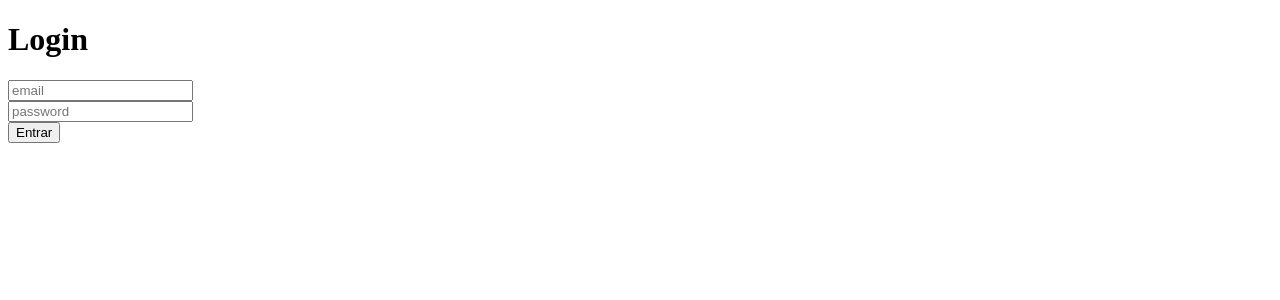
Repository: anagut/java-web
Page: http://localhost/HelloLogin/login
An editor plug-in stored every save of this project. The page is shown before and after the next save, followed by the edit.
The browser window is 1280 px wide. The pictures show the whole page.
The page is served by Tomcat 9. Other server files are loaded and not shown.

Above is the page before, as saved 2018-11-14 10:09:46.

### HelloLogin/WebContent/login.jsp
<%@ page language="java" contentType="text/html; charset=UTF-8"
    pageEncoding="UTF-8"%>
<!DOCTYPE html>
<html>
<head>
<meta charset="UTF-8">
<title>Login</title>
</head>
<body>
	<h1>Login</h1>
	<div class="error">${error}</div>
	<form action="" method="POST">
	<div>
		<input type="text" placeholder="email" name="email" id="email" required/>
	</div>
	<div>
		<input type="password" placeholder="password" name="password" id="password" required />
	</div>
	<div><button>Entrar</button></div>

	</form>
</body>
</html>

### HelloLogin/src/com/ana/controllers/LoginServlet.java
package com.ana.controllers;

import java.io.IOException;
import javax.servlet.ServletException;
import javax.servlet.annotation.WebServlet;
import javax.servlet.http.HttpServlet;
import javax.servlet.http.HttpServletRequest;
import javax.servlet.http.HttpServletResponse;

/**
 * Servlet implementation class LoginServlet
 */
@WebServlet("/login")
public class LoginServlet extends HttpServlet {
	private static final long serialVersionUID = 1L;

    /**
     * @see HttpServlet#HttpServlet()
     */
    public LoginServlet() {
        super();
        // TODO Auto-generated constructor stub
    }

	/**
	 * @see HttpServlet#doGet(HttpServletRequest request, HttpServletResponse response)
	 */
	protected void doGet(HttpServletRequest request, HttpServletResponse response) throws ServletException, IOException {

		request.getRequestDispatcher("./login.jsp").forward(request, response);
	}

	/**
	 * @see HttpServlet#doPost(HttpServletRequest request, HttpServletResponse response)
	 */
	protected void doPost(HttpServletRequest request, HttpServletResponse response) throws ServletException, IOException {

		String emailrecibido = request.getParameter("email");
		String passwordrecibido = request.getParameter("password");

		System.out.println("Estoy en el Post");
		System.out.println("Email:"+emailrecibido);
		System.out.println("Password:"+passwordrecibido);

		//Decidir si existe ese email y password: entrar en lista de usuarios
		//Si no, volver a formulario

		if (emailrecibido.equals("a@x.es") && passwordrecibido.equals("xxx")) {
			//llevar a la lista de usuario

		}else {
			//devolver al formulario
			request.setAttribute("error", "Usuario y contraseña no existe.");
			this.doGet(request, response);

		}


	}

}

### HelloLogin/WebContent/css/style.css
body{
	margin: 0;
	padding: 0;
	font-family: Verdana;
	font-size: 12px;
}

h1{
	font-size: 2em;
}

ul{
	list-style: none;
	margin: 0;
	padding: 0;
}

ul > li > a > div{
	display: inline-block;
	margin: 1em
}

After the next save:
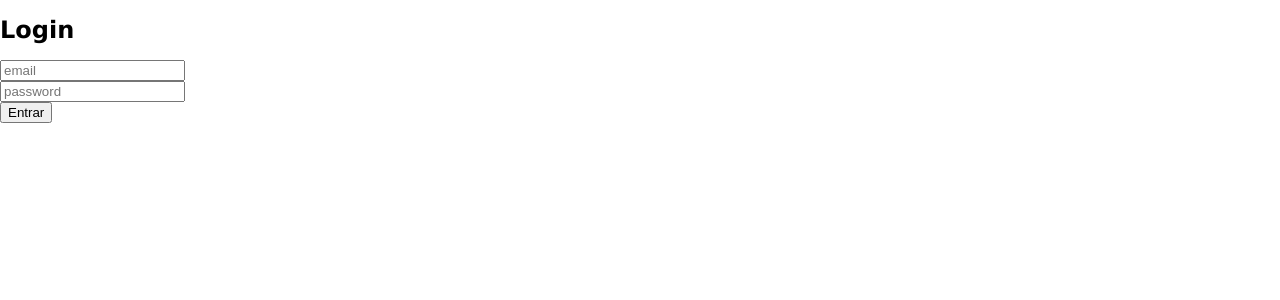
Saved 2 min 18 s later.
--- a/HelloLogin/WebContent/login.jsp
+++ b/HelloLogin/WebContent/login.jsp
@@ -5,6 +5,8 @@
 <head>
 <meta charset="UTF-8">
 <title>Login</title>
+<link rel="stylesheet" href="./css/style.css"></link>
+
 </head>
 <body>
 	<h1>Login</h1>
